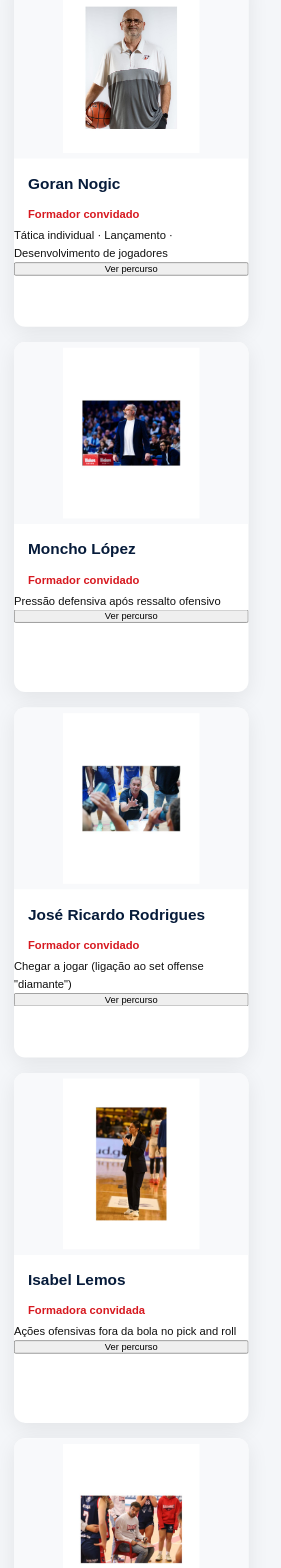
Repository: Vasco18Ferreira/clinic-internacional-maia
Page: index.html
These files come from the project's save history. The page is drawn as it stood at one moment and after the next save; the edit follows.
The browser window is 375 px wide. The page is 401 px wide, so the pictures cover 401 px, including what lies to the right of the window. The pictures show the part of the page from y = 1844 to 4084 px (the page is 12305 px tall before and 11801 px after), at 70% of full size.

Above is the page before, as saved 2026-07-21 12:31:13.

After the next save:
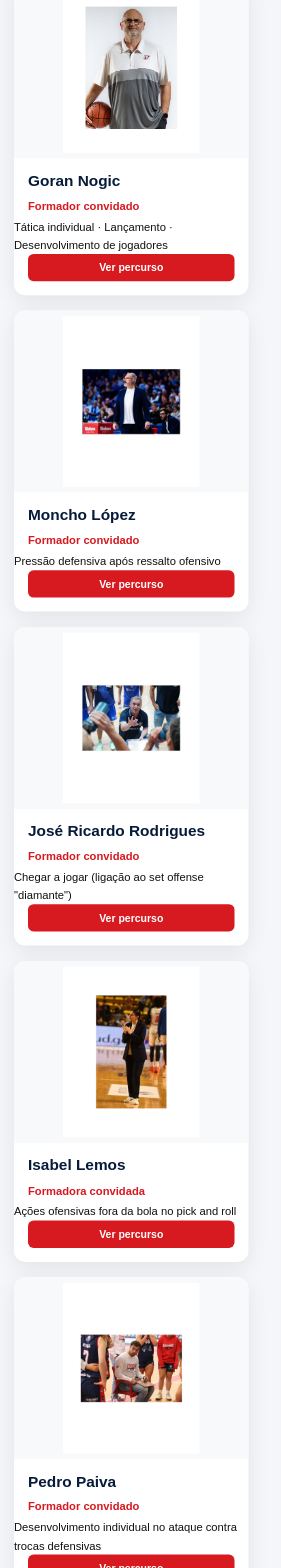
Saved 4 min 6 s later.
--- a/index.html
+++ b/index.html
@@ -283,7 +283,8 @@
   }
 }
 
-  /* FORMADORES - MOSAICO */
+/* FORMADORES - MOSAICO */
+
 .speaker-card {
   padding: 0;
   overflow: hidden;
@@ -303,17 +304,50 @@
   padding: 8px;
 }
 
+/* Conteúdo textual do cartão */
 .speaker-card h3 {
-  padding: 18px 20px 0;
+  margin: 0;
+  padding: 18px 20px 6px;
   font-size: 22px;
-}
-
-.speaker-card > p {
+  line-height: 1.25;
+}
+
+/* "Formador convidado" */
+.speaker-card > p:first-of-type {
+  margin: 0;
   padding: 4px 20px;
   font-weight: bold;
   color: var(--red);
 }
 
+/* Tema da apresentação */
+.speaker-card > p:nth-of-type(2) {
+  margin: 0;
+  padding: 6px 20px 18px;
+  font-weight: normal;
+  color: #222;
+  line-height: 1.5;
+}
+
+/* Botão Ver percurso */
+.speaker-card > button {
+  width: calc(100% - 40px);
+  margin: auto 20px 20px;
+  padding: 11px 16px;
+  border: none;
+  border-radius: 8px;
+  background: var(--red);
+  color: #fff;
+  font-size: 15px;
+  font-weight: bold;
+  cursor: pointer;
+}
+
+.speaker-card > button:hover {
+  opacity: 0.9;
+}
+
+/* Biografia */
 .speaker-bio {
   display: none;
   padding: 0 20px 22px;
@@ -333,17 +367,14 @@
   color: #444;
 }
 
-.speaker-bio.open{
-    display:block;
-}
-
-.speaker-bio p{
-    margin:16px 0 0;
+/* Quando a biografia está aberta, o botão já não deve ficar preso ao fundo */
+.speaker-card:has(.speaker-bio.open) > button {
+  margin-top: 0;
 }
 
 @media (max-width: 900px) {
   .speakers {
-    grid-template-columns: 1fr 1fr;
+    grid-template-columns: repeat(2, minmax(0, 1fr));
   }
 }
 
@@ -352,6 +383,10 @@
     grid-template-columns: 1fr;
   }
 
+  .speaker-card {
+    min-height: auto;
+  }
+
   h1 {
     font-size: 46px;
   }
@@ -359,6 +394,7 @@
   .subtitle {
     font-size: 18px;
   }
+}
 
   /* INSCRIÇÃO */
 
